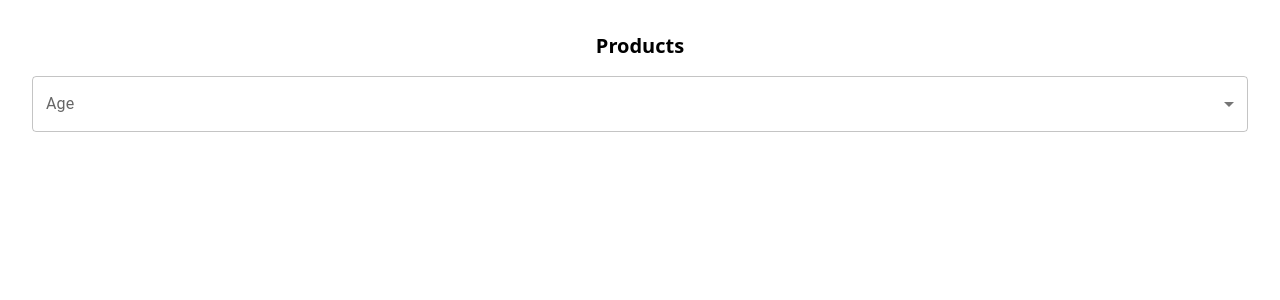
Repository: Hardyy00/2115000424
Page: / (app in question2/)
An editor plug-in stored every save of this project. The page is shown before and after the next save, followed by the edit.
The browser window is 1280 px wide. The pictures show the whole page.
The page's requests for data from a server got no answer. The project was rebuilt for these pictures with package versions that can differ from the ones it lists, and the page was loaded fresh each time. No one was signed in, and anything a server would have sent is missing. Also part of the build but not shown: question2/vite.config.ts.

Above is the page before, as saved 2024-07-12 16:30:17.

### question2/src/App.tsx
import { useEffect, useState } from "react";
import "./App.css";
import { FormControl, InputLabel, MenuItem, Select } from "@mui/material";

function App() {
  const [currentPage, setCurrentPage] = useState<number>(1);
  const [filter, setFilter] = useState<string>("");

  const [data, setData] = useState<[] | null>(null);

  useEffect(() => {
    const getData = async () => {
      setData(null);
      const res = await fetch(
        `http://localhost:8080/categories/Laptop/products?page=${currentPage}&${filter}=true`
      );

      const data = await res.json();
      setData(data);
    };

    getData();
  }, [currentPage, filter]);

  return (
    <main className="w-full h-full space-y-4">
      <header>
        <h1 className="font-bold text-xl">Products</h1>
      </header>

      <section>
        <div>
          <FormControl fullWidth>
            <InputLabel id="demo-simple-select-label">Age</InputLabel>
            <Select
              labelId="demo-simple-select-label"
              id="demo-simple-select"
              value={filter}
              label="Age"
              onChange={(e) => setFilter(e.target.value)}
            >
              <MenuItem value={""}>Select</MenuItem>
              <MenuItem value={"rating"}>Rating</MenuItem>
              <MenuItem value={"price"}>Price</MenuItem>
              <MenuItem value={"discount"}>Discount</MenuItem>
            </Select>
          </FormControl>
        </div>
      </section>

      <section>
        <div className="grid grid-cols-3 gap-4"></div>
      </section>
    </main>
  );
}

export default App;

Loaded but not shown: question2/index.html (common file); question2/src/main.tsx (common file); question2/src/index.css (common file); question2/src/App.css (common file); question2/tailwind.config.js (common file)

After the next save:
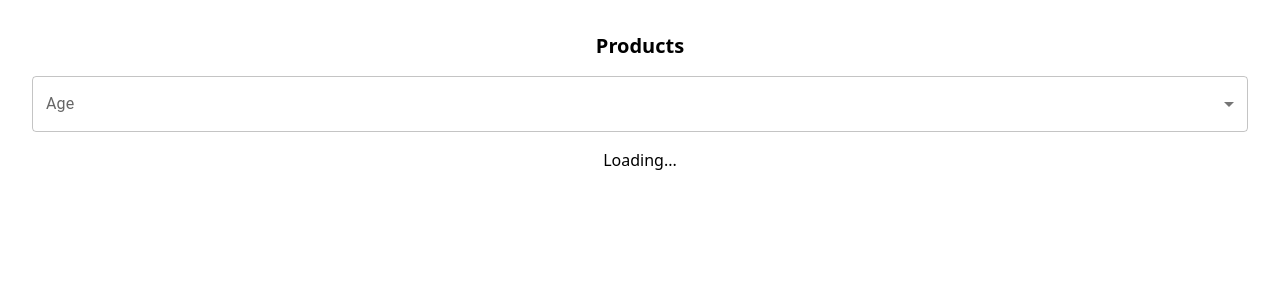
Saved 118 s later.
--- a/question2/src/App.tsx
+++ b/question2/src/App.tsx
@@ -49,7 +49,15 @@ function App() {
       </section>
 
       <section>
-        <div className="grid grid-cols-3 gap-4"></div>
+        {data ? (
+          data.map((item, idx) => (
+            <div key={idx} className="flex flex-col">
+              <div className="w-[50%]"></div>
+            </div>
+          ))
+        ) : (
+          <p>Loading...</p>
+        )}
       </section>
     </main>
   );
